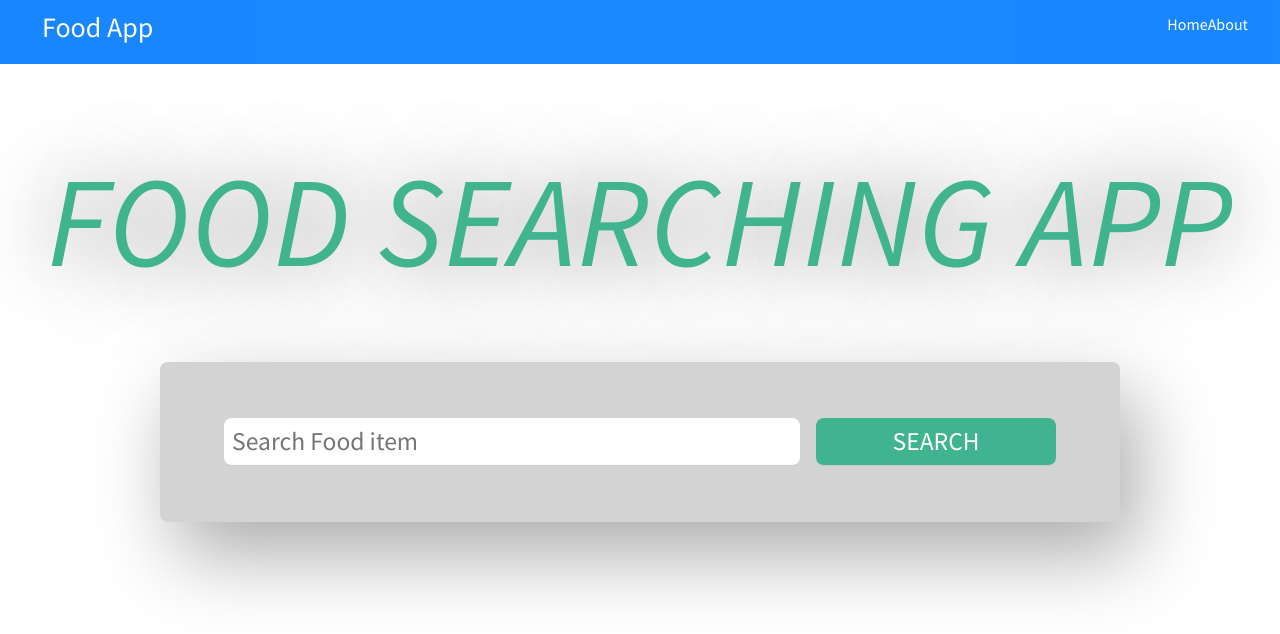
Repository: priyavmehta/React-Food-Recipe-App
Page: /contact
These files come from the project's save history. The page is drawn as it stood at one moment and after the next save; the edit follows.
The browser window is 1280 px wide. The pictures show the whole page.
Some web libraries are served in a nearby version. The project was rebuilt for these pictures with package versions that can differ from the ones it lists, and the page was loaded fresh each time. Also part of the build but not shown: src/Components/RecipeDetails.js, src/Components/Recipe.js, src/Components/Alert.js.

Above is the page before, as saved 2020-07-11 22:02:51.

### public/index.html
<!DOCTYPE html>
<html lang="en">
  <head>
    <meta charset="utf-8" />
    <link rel="icon" href="%PUBLIC_URL%/favicon.ico" />
    <meta name="viewport" content="width=device-width, initial-scale=1" />
    <meta name="theme-color" content="#000000" />
    <meta
      name="description"
      content="Web site created using create-react-app"
    />
    <link rel="apple-touch-icon" href="%PUBLIC_URL%/logo192.png" />
    <link rel="manifest" href="%PUBLIC_URL%/manifest.json" />

    <link rel="stylesheet" href="https://stackpath.bootstrapcdn.com/bootstrap/4.4.1/css/bootstrap.min.css"
        integrity="sha384-Vkoo8x4CGsO3+Hhxv8T/Q5PaXtkKtu6ug5TOeNV6gBiFeWPGFN9MuhOf23Q9Ifjh" crossorigin="anonymous">
    <script src="https://code.jquery.com/jquery-3.4.1.slim.min.js"
        integrity="sha384-J6qa4849blE2+poT4WnyKhv5vZF5SrPo0iEjwBvKU7imGFAV0wwj1yYfoRSJoZ+n"
        crossorigin="anonymous"></script>
    <script src="https://cdn.jsdelivr.net/npm/popper.js@1.16.0/dist/umd/popper.min.js"
        integrity="sha384-Q6E9RHvbIyZFJoft+2mJbHaEWldlvI9IOYy5n3zV9zzTtmI3UksdQRVvoxMfooAo"
        crossorigin="anonymous"></script>
    <script src="https://stackpath.bootstrapcdn.com/bootstrap/4.4.1/js/bootstrap.min.js"
        integrity="sha384-wfSDF2E50Y2D1uUdj0O3uMBJnjuUD4Ih7YwaYd1iqfktj0Uod8GCExl3Og8ifwB6"
        crossorigin="anonymous"></script>

    <title>Food App</title>
  </head>
  <body>
    <noscript>You need to enable JavaScript to run this app.</noscript>
    <div id="root"></div>
    <!--
      This HTML file is a template.
      If you open it directly in the browser, you will see an empty page.

      You can add webfonts, meta tags, or analytics to this file.
      The build step will place the bundled scripts into the <body> tag.

      To begin the development, run `npm start` or `yarn start`.
      To create a production bundle, use `npm run build` or `yarn build`.
    -->
  </body>
</html>

### src/App.js
import React, { useState } from 'react';
import './App.css';
import RecipeState from './context/recipe/RecipeState';
import Search from './Components/Search';
import { BrowserRouter as Router, Switch, Route } from 'react-router-dom'
import Navbar from './Components/Navbar';

const App = () => {

  return (
    <RecipeState>
      <Router>
      <Navbar />
        <div className="App">

          <Search/>
        </div>
      </Router>
    </RecipeState>
  );
}

export default App;

### src/App.css
@import url("https://fonts.googleapis.com/css?family=Source+Sans+Pro:300,300i,400,400i,600,600i,700&display=swap");

* {
  font-family: "Source Sans Pro", sans-serif;
  margin: 0;
  padding: 0;
  text-decoration: none;
  list-style-type: none;
  outline: none;
}

.App {
  display: flex;
  flex-direction: column;
  align-items: center;
}

h1 {
  font-size: 8rem;
  letter-spacing: 0.1rem;
  font-style: italic;
  color: #40b48e;
  text-shadow: 0 0.2rem 5rem rgb(119, 115, 115);
  text-transform: uppercase;
  margin: 4rem 0;
}

.search-form {
  width: 60rem;
  height: 10rem;
  display: flex;
  justify-content: center;
  align-items: center;
  background-color: #d3d3d3;
  border-radius: 0.5rem;
  margin-bottom: 5rem;
  box-shadow: 1rem 2rem 5rem #aaa;
  position: relative;
}

.alert {
  /*position: absolute;*/
  top: -3rem;
  left: 0;
  background-color: rgb(233, 72, 72);
  width: calc(100% - 0.4rem);
  border-radius: 0.5rem;
  padding: 0.2rem;
}

.alert h3 {
  font-size: 1.8rem;
  color: #fff;
  font-weight: 400;
  text-transform: uppercase;
  text-align: center;
}

.search-form input {
  font-size: 1.6rem;
  border: none;
  border-bottom: 0.1rem solid #ccc;
  margin: 0 0.5rem;
  border-radius: 0.5rem;
  height: 3rem;
}

.search-form input[type="text"] {
  padding: 0 0.5rem;
  width: 60%;
  color: #555;
}

.search-form input[type="submit"] {
  width: 25%;
  text-transform: uppercase;
  background-color: #40b48e;
  color: #fff;
}

.recipes {
  width: 90%;
  display: flex;
  align-items: center;
  flex-wrap: wrap;
  justify-content: center;
  align-items: flex-start;
}

.recipe {
  width: 30rem;
  margin: 3rem;
  display: flex;
  flex-direction: column;
  background-color: #d3d3d3;
  padding: 2rem;
  position: relative;
  border-radius: 0.5rem;
  box-shadow: 2rem 3rem 5rem #aaa;
}

.recipe h2 {
  background-color: rgba(161, 161, 161, 0.7);
  border-radius: 0.5rem;
  padding: 0.3rem 0.5rem;
  position: absolute;
  top: 2.5rem;
  left: 2.5rem;
  right: 2.5rem;
  font-size: 2.5rem;
  font-weight: 400;
  text-shadow: 0 0.5rem 0.5rem #555;
  color: #fff;
}

.recipe img {
  border-radius: 0.5rem;
  object-fit: cover;
}

.recipe a {
  font-size: 1.8rem;
  color: #40b48e;
}

/* .recipe button {
  font-size: 2rem;
  text-transform: uppercase;
  color: #fff;
  background-color: #40b48e;
  border: none;
  border-radius: 0.5rem;
  height: 3rem;
} */

.ingredient-list {
  margin-top: 1rem;
  background-color: #f0f0f0;
  border-radius: 0.5rem;
  padding: 0.5rem;
}

.ingredient-list li {
  margin: 0.5rem 0;
}

.ingredient-text {
  font-size: 1.5rem;
  color: #888;
}

.ingredient-weight {
  color: #40b48e;
  font-size: 1.3rem;
}

.navbar {
  display: flex;
  justify-content: space-between;
  align-items: center;
  padding: 0.7rem 2rem;
  z-index: 1;
  width: 100%;
  opacity: 0.9;
  margin-bottom: 1rem;
}

.navbar ul {
  display: flex;
}

.navbar a {
  color: #fff;
  padding: 0.45rem;
  margin: 0 0.25rem;
}

.navbar a:hover {
  color: var(--light-color);
}

.navbar .welcome span {
  margin-right: 0.6rem;
}


.bg-primary {
  background: var(--primary-color);
  color: #fff;
}

### src/context/recipe/RecipeState.js
import React, { useReducer, useState, useEffect } from 'react'
import recipeContext from './recipeContext'
import recipeReducer from './recipeReducer';
import axios from 'axios'
import {SEARCH_RECIPE, SET_ALERT, REMOVE_ALERT, SET_HOME_PAGE} from '../types'

const RecipeState = (props) => {

    const initialState = {

        recipes : [],
        alert : ""
    };

    const home_recipes = []

    const [state, dispatch] = useReducer(recipeReducer, initialState);

    const YOUR_APP_ID = 'a232e31f';
    const YOUR_APP_KEY = 'd3cfbfb089b421a6f5135d309faa2604';

    // useEffect(async () => {
    //     const dosa = await axios.get(`https://api.edamam.com/search?q=dosa&app_id=${YOUR_APP_ID}&app_key=${YOUR_APP_KEY}`)
    //     const dosa_results = dosa.data.hits;
    //     home_recipes.push(dosa_results[5])
    //     home_recipes.push(dosa_results[9])

    //     const data = await axios.get(`https://api.edamam.com/search?q=pav&app_id=${YOUR_APP_ID}&app_key=${YOUR_APP_KEY}`)
    //     const results = data.data.hits;
    //     home_recipes.push(results[0])
    //     home_recipes.push(results[1])

    //     dispatch({type : SET_HOME_PAGE, payload : home_recipes})
    //     console.log("All Done")
    //     console.log(state.recipes)
    // }, [])

    const getData = async (text) => {
        if (text !== ''){
            const url = `https://api.edamam.com/search?q=${text}&app_id=${YOUR_APP_ID}&app_key=${YOUR_APP_KEY}`
            const data = await axios.get(url);
            if (!data.data.more){
                return (
                    dispatch({type : SET_ALERT, payload : "Such a food item is not available.."}),
                    setTimeout (() => dispatch({ type : REMOVE_ALERT }), 5000)
                )
            }
            dispatch({type: SEARCH_RECIPE, payload: data.data.hits})
            console.log(state.recipes)
        } else {
            dispatch ({type : SET_ALERT, payload: "Please enter something"})
            setTimeout (() => dispatch({ type : REMOVE_ALERT }), 5000)
        }

    }

    const getIndian = async () => {

    }

    return <recipeContext.Provider value = {{
            getData,
            recipes: state.recipes,
            alert : state.alert
        }
    }
    >
        {props.children}
    </recipeContext.Provider>
}

export default RecipeState

### src/Components/Search.js
import React, {Fragment, useContext, useState} from 'react'
import recipeContext from '../context/recipe/recipeContext'
import Recipe from './Recipe'
import Alert from './Alert'

const Search = () => {

    const [query, setQuery] = useState("")

    const RecipeContext = useContext(recipeContext)
    const {getData, recipes, alert} = RecipeContext

    const changeQuery = (event) => setQuery(event.target.value)

    const onSubmitQuery = (event) => {
        event.preventDefault()
        getData(query)
        setQuery("")
    }

    return (
        <Fragment>
            <h1 >Food Searching App</h1>
            { alert !== "" && <Alert/>}
            <form className = "search-form" onSubmit = {onSubmitQuery}>
                <input type="text" placeholder = "Search Food item" autoComplete = "off" onChange = {changeQuery} value = {query} />
                <input type = "submit" value = "Search" />
            </form>
            <div className = "recipes">
                {
                    recipes !== [] && (
                        recipes.map(recipe => <Recipe recipe = {recipe}/>)
                    )
                }
            </div>
        </Fragment>
    )
}

export default Search

### src/Components/Navbar.js
import React from 'react'
import PropTypes from 'prop-types'
import { Link } from 'react-router-dom'

const Navbar = ({icon, title}) => {

    return (
        <nav className = "navbar bg-primary">
            <h3>
                <i className ={icon} style = {{marginRight : 10 + 'px'}}/> {title}
            </h3>
            <ul>
                {/* <li><Link to="/">Home</Link></li>
                <li><Link to="/about">About</Link></li>
                 */}
                <li>Home</li>
                <li>About</li>
            </ul>
        </nav>
    )
}

Navbar.defaultProps = {
    title : "Food App",
    icon : "fab fa-github"
};

Navbar.propTypes = {
    title : PropTypes.string.isRequired,
    icon : PropTypes.string.isRequired
};

export default Navbar

### src/context/recipe/recipeContext.js
import { createContext } from 'react'

const recipeContext = createContext()

export default recipeContext

### src/context/recipe/recipeReducer.js
import {SEARCH_RECIPE, SET_ALERT, REMOVE_ALERT, SET_HOME_PAGE} from '../types'

export default (state, action) => {
    switch(action.type){
        case SET_HOME_PAGE:
            return{
                ...state,
                recipes : action.payload
            }
        case REMOVE_ALERT:
            return{
                ...state,
                alert: ""
            }
        case SET_ALERT:
            return{
                ...state,
                alert: action.payload
            }
        case SEARCH_RECIPE:
            return {
                ...state,
                recipes : action.payload,
                alert: ""
            }
        default:
            return state
    }
}

### src/context/types.js
export const SEARCH_RECIPE = "SEARCH_RECIPE";
export const CHANGE_QUERY = "CHANGE_QUERY";
export const SET_ALERT = "SET_ALERT";
export const REMOVE_ALERT = "REMOVE_ALERT";
export const SET_HOME_PAGE = "SET_HOME_PAGE";

Loaded but not shown: src/index.js (common file); src/index.css (common file); src/serviceWorker.js (common file)

After the next save:
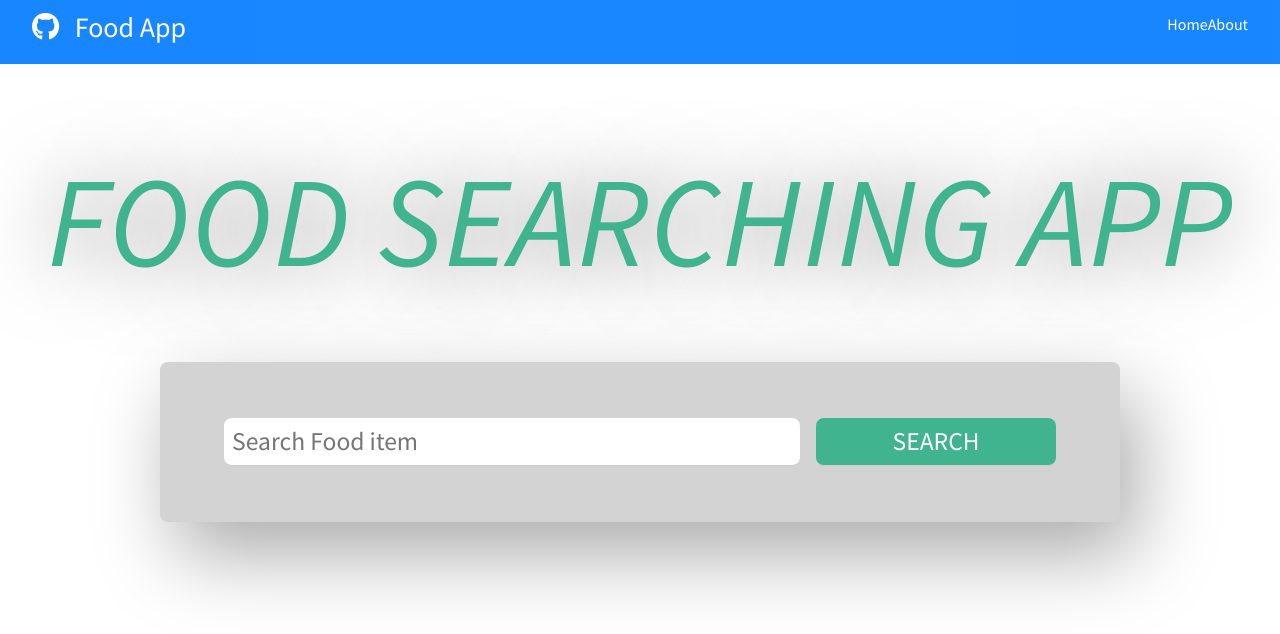
Saved 43 s later.
--- a/public/index.html
+++ b/public/index.html
@@ -11,6 +11,8 @@
     />
     <link rel="apple-touch-icon" href="%PUBLIC_URL%/logo192.png" />
     <link rel="manifest" href="%PUBLIC_URL%/manifest.json" />
+
+    <script src="https://kit.fontawesome.com/c3f9cf1e2c.js" crossorigin="anonymous"></script>
 
     <link rel="stylesheet" href="https://stackpath.bootstrapcdn.com/bootstrap/4.4.1/css/bootstrap.min.css"
         integrity="sha384-Vkoo8x4CGsO3+Hhxv8T/Q5PaXtkKtu6ug5TOeNV6gBiFeWPGFN9MuhOf23Q9Ifjh" crossorigin="anonymous">
